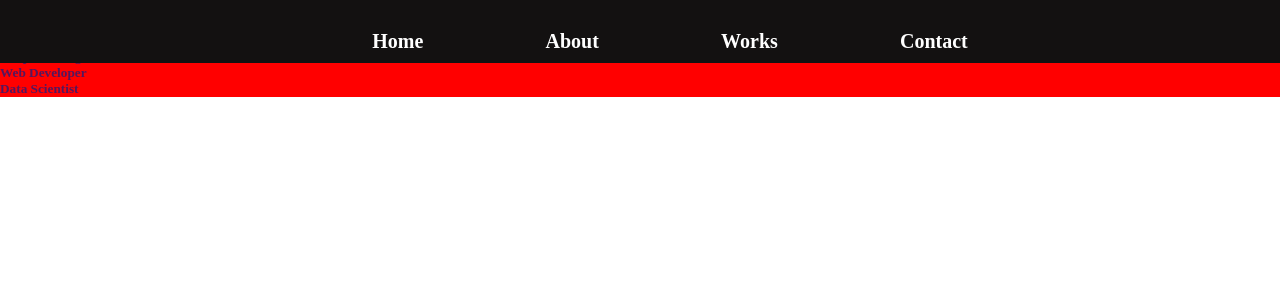
Repository: Kwabena-Kobiri/yellocoders
Page: index.html
The author's editor kept a copy of each file at every save. The page is drawn from the files as they stood at one save, then again after the next save.
The browser window is 1280 px wide. The pictures show the whole page.

Above is the page before, as saved 2021-05-05 22:44:46.

### index.html
<!DOCTYPE html>
<html lang="en">
<head>
    <meta charset="UTF-8">
    <meta http-equiv="X-UA-Compatible" content="IE=edge">
    <meta name="viewport" content="width=device-width, initial-scale=1.0">
    <link rel="stylesheet" href="index.css" />
    <title>Y'ello</title>
</head>
<body>
    <!-- HEADER COMPONENT STARTS HERE -->
    <header id="header">
        <nav id="nav">
            <ul>
                <li>Home</li>
                <li>About</li>
                <li>Works</li>
                <li>Contact</li>
            </ul>
        </nav>
    </header>
    <!-- HEADER COMPONENT ENDS HERE -->


    <!-- LANDING PAGE STARTS HERE  -->
    <section id="LandingPage">
        <div class="Details">
            <h1>Hi</h1>
            <h3>My Name is Solomon Kobiri</h3>
        </div>
        <div class="Skills">
            <h5>Graphic Designer</h5>
            <h5>Web Developer</h5>
            <h5>Data Scientist</h5>
        </div>
    </section>
    <!-- LANDING PAGE ENDS HERE -->
</body>
</html>

### index.css
* {
    /* background-color: red; */
    margin: 0px;
}

/* HEADER STYLING STARTS HERE */
#header {
    background-color: rgba(19, 17, 17, 1);
    justify-content: center;
    padding: 10px;
    width: 100%;
    position: fixed;
    z-index: 999;
    color: white;
}

#nav {
    margin: 20px 200px 0px 200px;
    /* background-color: blue; */
}

#nav > ul {
    display: flex;
    flex-direction: row;
    justify-content: space-evenly;
    list-style: none;
}

#nav > ul > li {
    text-decoration: none;
    font-size: 20px;
    font-weight: 550;
}

/* HEADER STYLING ENDS HERE */


/* LANDING PAGE STYLING STARTS HERE */
#LandingPage {
    position: absolute;
    width: 100%;
    z-index: 0;
    color: rgba(32, 30, 122, 0.767);
    background-color: red;
}

/* .Details {
    margin-top: 100px;
    margin-left: 100px;
    background-color: aqua;
} */

/* .Details > h1 {
    margin: 50px 0px 20px 10px;
    font-size: 150px;
    padding: 20px;
} */

/* .Details > h3 {
    margin-left: 10px;
    font-size: 100px;
    padding: 10px;
    justify-content: center;
} */

/* .Skills {
    background-color: red;
    margin: 50px 250px 180px 250px;
    display: flex;
    flex-direction: row;
    justify-content: space-evenly;
    height: 30px;
    padding-top: 7px;
    border-radius: 20px;
} */

/* .Skills > h5 {
    font-size: large;
    font-weight: bolder;
} */

/* LANDING PAGE STYLING ENDS HERE */

After the next save:
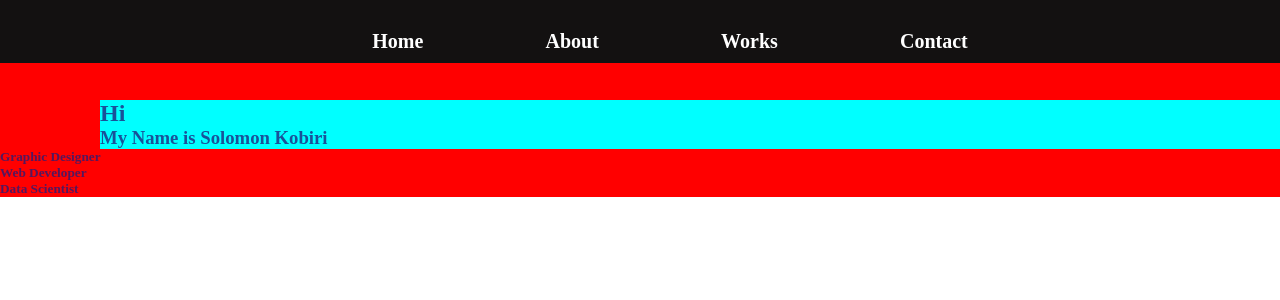
Saved 67 s later.
--- a/index.css
+++ b/index.css
@@ -44,11 +44,11 @@
     background-color: red;
 }
 
-/* .Details {
+.Details {
     margin-top: 100px;
     margin-left: 100px;
     background-color: aqua;
-} */
+}
 
 /* .Details > h1 {
     margin: 50px 0px 20px 10px;
